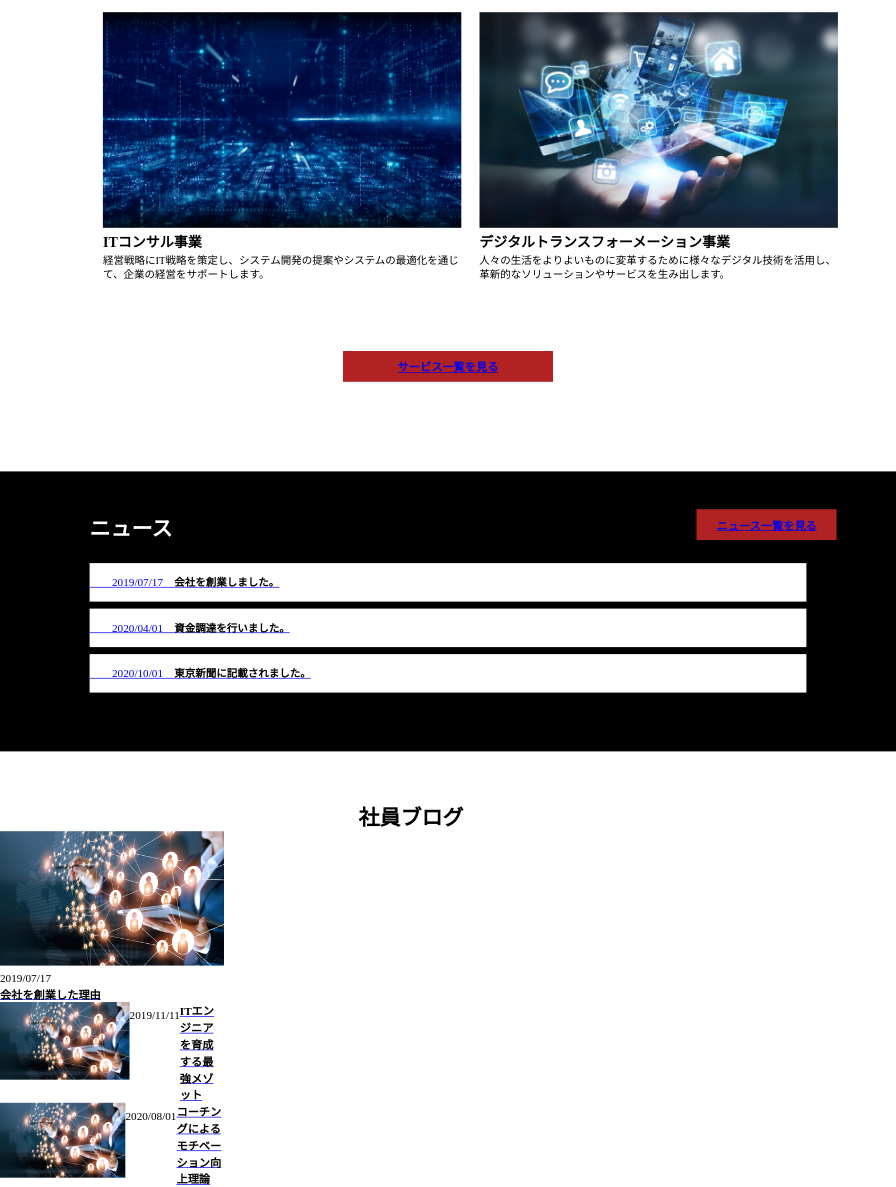
Repository: sigemasaasuka/20211012sigemasa
Page: index.html
These files come from the project's save history. The page is drawn as it stood at one moment and after the next save; the edit follows.
The browser window is 1280 px wide. The pictures show the part of the page from y = 1338 to 3258 px (the page is 3034 px tall before and 3258 px after), at 70% of full size.

Above is the page before, as saved 2021-10-20 16:24:07.

### index.html
<!DOCTYPE html>
<html lang="ja">

<head>
  <meta charset="UTF-8">
  <meta name="viewport" content="width=device-width, initial-scale=1.0">
  <title>Document</title>

    <link rel="stylesheet" href="css/reset.css">
    <link rel="stylesheet" href="css/index.css">
</head>
<body>
  <header class="header">
    <div class="header-logo">
      <img class="logo" src="img/logo.png" alt="logo">
    </div>
    <nav class="header-nav">
      <ul class="header-nav-list">
        <li class="header-nav-item"><a href="index.html">ホーム</a></li>
        <li class="header-nav-item"><a href="service.html">事業内容</a></li>
        <li class="header-nav-item"><a href="news.html">ニュース</a></li>
        <li class="header-nav-item"><a href="blog.html">社員ブログ</a></li>
        <li class="header-nav-item"><a href="company.html">会社概要</a></li>
        <li class="header-nav-item"><a href="recruit.html">採用情報</a></li>
        <li class="header-nav-item"><a href="contact.html">お問い合わせ</a></li>
      </ul>
    </nav>
  </header>
  <div class="home">
  <div class="home-photo">
    <div class="home-title">
    <p>最新のテクノロジーで社会課題を解決</p>
      <div class="home-title2">
      <p>Solving　issues　with　the　latest　technology</p>
     </div>
    </div>
    </div>
    </div>
    <div class="home-color">
      <div class="hope">
        <p><br><br>株式会社TECHの想い</p>
        <div class="hope2">
          <p>あらゆる産業において、新たなデジタル技術を使ってこれまでにないビジネスモデルを展開する新規参加者が登場し、ゲームチェンジが起ころうとしています。こうした<br>中で、各企業は、競争力維持・強化のために、DXを迅速に進めていくことが求められています。しかし、DXにおいて投資コストは非常にかかります。株式会社TECHでは<br>独自のオペレーションと人材教育により、他社よりも価格を抑えた開発を行います。</p>
        </div>
      </div>
    </div>
    <div class="service">
      <p>サービス</p>
      </div>
      <div class="png1">
      <div class="service1">
        <img  src="img/service1.png"  alt="service1">
        <div class="it">
        <p>IT人材育成事業</p>
        <div class="it2">
        <p>これまでに培った教育手法を生かして、短期間で即戦力のIT人材を育成します。</p>
        </div>
      </div>
      </div>
      <div class="service2">
      <img  src="img/service2.png" alt="service2">
      <div class="coach">
        <p>コーチング事業</p>
        <div class="coach2">
          <p>目標達成を最短で実現するために、プロのコーチによるマンツーマンのサポートを実施します</p>
        </div>
      </div>
      </div>
      </div>
      <div class="png2">
      <div class="service3">
        <img src="img/service3.png" alt="service3">
        <div class="Consultant">
          <p>ITコンサル事業</p>
          <div class="Consultant2">
            <p>経営戦略にIT戦略を策定し、システム開発の提案やシステムの最適化を通じて、企業の経営をサポートします。</p>
          </div>
        </div>
      </div>
      <div class="service4">
        <img src="img/service4.png" alt="service4">
        <div class="formation">
          <p>デジタルトランスフォーメーション事業</p>
          <div class="formation2">
            <p>人々の生活をよりよいものに変革するために様々なデジタル技術を活用し、革新的なソリューションやサービスを生み出します。</p>
          </div>
        </div>
      </div>
      </div>
      <div class="list">
        <a href="service.html">サービス一覧を見る</a>
      </div>
      <div class="news">
        <div class="nesw-list">
          <div class="news-font">
          <p>ニュース</p></div>
          <div class="news-button">
            <a href="news.html">ニュース一覧を見る</a>
          </div>
        </div>
        <div class="news-info1">
          <a href="index.html">　　2019/07/17　<span class="co">会社を創業しました。</span></a></div>
          <div class="news-info2">
          <a href="index.html">　　2020/04/01　<span class="fund">資金調達を行いました。</span></a></div>
          <div class="news-info3">
          <a href="index.html">　　2020/10/01　<span class="newspaper">東京新聞に記載されました。</span></a></div>
      </div>
      <div class="blog">
        <p>社員ブログ</p>
        </div>
        <div class="reason">
        <div class="reason-png">
          <a href="index.html">
            <img src="img/blog.png" alt="blog">
          </a>
          <p class="reason1">2019/07/17</p>
          <a href="index.html"><p class="reason2">会社を創業した理由</p></a>
        </div>
        </div>
        <div class="nurturing">
        <div class="nurturing-png">
          <a href="index.html">
            <img src="img/blog.png" alt="blog">
          </a>
          <p class="nurturing1">2019/11/11</p>
          <a href="index.html">
            <p class="nurturing2">ITエンジニアを育成する最強メゾット</p>
          </a>
        </div>
      </div>
      <div class="coaching">
        <div class="coaching-png">
        <a href="index.html">
          <img src="img/blog.png" alt="blog">
        </a>
        <p class="coaching1">2020/08/01</p>
        <a href="index.html">
          <p class="coaching2">コーチングによるモチベーション向上理論</p>
        </a>
        </div>
        </div>


<script src="js/main.js"></script>
</body>
</html>

### css/reset.css
@charset "UTF-8";
html, body, div, span, applet, object, iframe,
h1, h2, h3, h4, h5, h6, p, blockquote, pre,
a, abbr, acronym, address, big, cite, code,
del, dfn, em, img, ins, kbd, q, s, samp,
small, strike, strong, sub, sup, tt, var,
b, u, i, center,
dl, dt, dd, ol, ul, li,
fieldset, form, label, legend,
table, caption, tbody, tfoot, thead, tr, th, td,
article, aside, canvas, details, embed,
figure, figcaption, footer, header, hgroup,
menu, nav, output, ruby, section, summary,
time, mark, audio, video {
margin: 0;
padding: 0;
border: none;
font-style: normal;
text-align: left;
zoom: 1;
}
article, aside, details, figcaption, figure,
footer, header, hgroup, menu, nav, section {
display: block;
}
table {
border-collapse: collapse;
font-family: inherit;
}
h1,h2,h3,h4,h5 {
font-size: 100%;
font-weight: normal;
line-height: 1;
}
input,textarea,select {
font-family: inherit;
font-size: 16px;
}
input[type="button"],input[type="text"],input[type="submit"] {
 -webkit-appearance: none;
 border-radius: 0;
}
textarea {
resize: none;
-webkit-appearance: none;
border-radius: 0;
}
th,td {
border-collapse: collapse;
}
table th,table td {
white-space: nowrap;
}
ul,ol {
list-style-type: none;
}
img {
vertical-align: text-bottom;
vertical-align: -webkit-baseline-middle;
max-width: 100%;
height: auto;
width /***/:auto;
}

### css/index.css
.logo {
  text-decoration: none;
  color: inherit;
  width: 50%;
}
.header {
  width: 100%;
  display: flex;
  justify-content: space-between;
  align-items: center;
  height: 70px;
  padding: 0 30px;
  position: fixed;
  box-sizing: border-box;
  background-color: #fff;
  color: #000;
}

.a {
  text-decoration: none;
}

.header-ttl {
  font-size: 24px;
  width: 80px;
}

.header-nav-list {
  display: flex;
  font-weight: bold;
}

.header-nav-item:not(:last-child) {
  margin-right: 30px;
}

.home-photo {
  position: relative;
  padding-top: calc(250 / 683 * 100%); /* calc(画像高さ ÷ 画像横幅 × 100%) */
  background: url(../img/mv.png) center center / cover no-repeat;
}

.home-title {
  display: flex;
  flex-direction: column;
  position: absolute;
  font-size: 50px;
  margin-left: 20%;
  top: 40%;
  font-weight: bolder;
  color: #fff;
}

.home-title2 {
  display: flex;
  position: absolute;
  font-size: 20px;
  margin-top: 45px;
  margin-left: 23%;
  top: 40%;
  font-weight: bold;
  color: #fff;
}

.home-color {
  background-color: #000;
  height: 300px;
}

.hope {
  top: 30%;
  display: flex;
  flex-direction: column;
  font-weight: bolder;
  font-size: 30px;
  margin-left: 10%;
  color: #fff;
}

.hope2 {
  display: flex;
  font-size: 15px;
  margin-top: 20px;
  font-weight: normal;
  color: #fff;
}

.service {
  margin-top: 5%;
  margin-left: 45%;
  font-size: 35px;
  font-weight: bolder;
}

.png1 {
  display: flex;
  justify-content: center;
}

.service1 {
  margin-top: 5%;
  margin-left: 5%;
  width: 40%;
}

.it {
  margin-top: 1%;
  font-size: 20px;
  font-weight: bolder;
}

.it2 {
  font-size: 15px;
  font-weight: normal;
}

.service2 {
  margin-top: 3%;
  margin-left: 2%;
  width: 40%;
}

.coach {
  margin-top: 1%;
  font-size: 20px;
  font-weight: bolder;
}

.coach2 {
  font-size: 15px;
  font-weight: normal;
}

.png2 {
  display: flex;
  justify-content: center;
}

.service3 {
  margin-top: 2%;
  margin-left: 5%;
  width: 40%;
}

.Consultant {
  margin-top: 1%;
  font-size: 20px;
  font-weight: bolder;
}

.Consultant2 {
  font-size: 15px;
  font-weight: normal;
}

.service4 {
  margin-top: 2%;
  margin-left: 2%;
  width: 40%;
}

.formation {
  margin-top: 1%;
  font-size: 20px;
  font-weight: bolder;
}

.formation2 {
  font-size: 15px;
  font-weight: normal;
}

.list {
  width: 300px;
  padding: 10px 0;
  color: #fff;
  font-weight: bold;
  background: #b22222;
  text-align: center;
  margin: 100px auto 0;
  display: block;
}

.news {
  margin-top: 10%;
  background-color: #000;
  height: 400px;
}

.nesw-list {
  margin-left: 10%;
  display: flex;
  justify-content: flex-start;
  align-items: center;
}

.news-font {
  font-weight: bold;
  font-size: 30px;
  color: #fff;
  margin-top: 5%;
}

.news-button {
  color: #fff;
  margin-top: 50px;
  margin-left: 65%;
  width: 200px;
  padding: 10px 0;
  font-weight: bold;
  background: #b22222;
  text-align: center;
  display: block;
}

.news-info1 {
  margin-top: 30px;
  margin-left: 10%;
  width: 80%;
  height: 35px;
  padding: 10px 0;
  background: #fff;
  line-height: 35px;
  display: block;
  color: #000;
}
.co {
  font-size: 15px;
  font-weight: bold;
  color: #000;
}

.news-info2 {
  margin-top: 10px;
  margin-left: 10%;
  width: 80%;
  height: 35px;
  padding: 10px 0;
  background: #fff;
  line-height: 35px;
  display: block;
  color: #000;
}
.fund {
  font-size: 15px;
  font-weight: bold;
  color: #000;
}

.news-info3 {
  margin-top: 10px;
  margin-left: 10%;
  width: 80%;
  height: 35px;
  padding: 10px 0;
  background: #fff;
  line-height: 35px;
  display: block;
  color: #000;
}
.newspaper {
  font-size: 15px;
  font-weight: bold;
  color: #000;
}

.blog {
  margin-top: 70px;
  margin-left: 40%;
  font-size: 30px;
  font-weight: bolder;
}

.reason {
  display: flex;
  justify-content: flex-start;
  flex-direction: row;
}
.reason-png {
  width: 25%;
}

.reason1 {
  margin-top: 10px;
  color: #000;
}

.reason2 {
  font-weight: bolder;
  color: #000;
}

.nurturing {
  display: flex;
  justify-content: flex-start;
  flex-direction: row;
}
.nurturing-png {
  display: flex;
  justify-content: space-evenly;
  width: 25%;
}

.nurturing1 {
  margin-top: 10px;
  color: #000;
}

.nurturing2 {
  font-weight: bolder;
  color: #000;
}

.coaching {
  display: flex;
  justify-content: flex-start;
  flex-direction: row;
}

.coaching-png {
  display: flex;
  justify-content: space-evenly;
  width: 25%;
}

.coaching1 {
  margin-top: 10px;
  color: #000;
}

.coaching2 {
  font-weight: bolder;
  color: #000;
}

Loaded but not shown: js/main.js (no stored copy; drawn as an empty file)

After the next save:
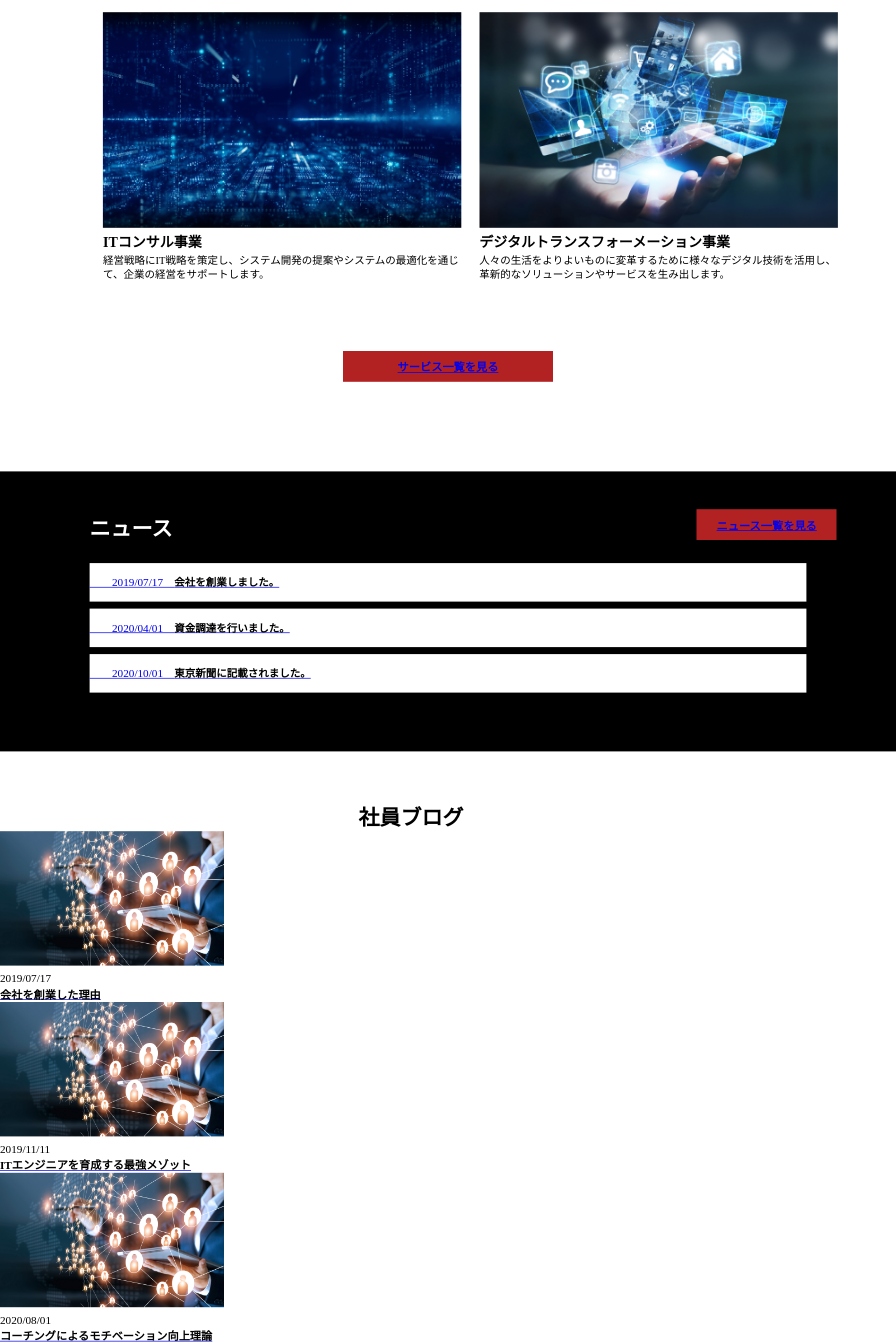
Saved 25 s later.
--- a/css/index.css
+++ b/css/index.css
@@ -296,8 +296,6 @@
   flex-direction: row;
 }
 .nurturing-png {
-  display: flex;
-  justify-content: space-evenly;
   width: 25%;
 }
 
@@ -315,11 +313,10 @@
   display: flex;
   justify-content: flex-start;
   flex-direction: row;
+
 }
 
 .coaching-png {
-  display: flex;
-  justify-content: space-evenly;
   width: 25%;
 }
 
